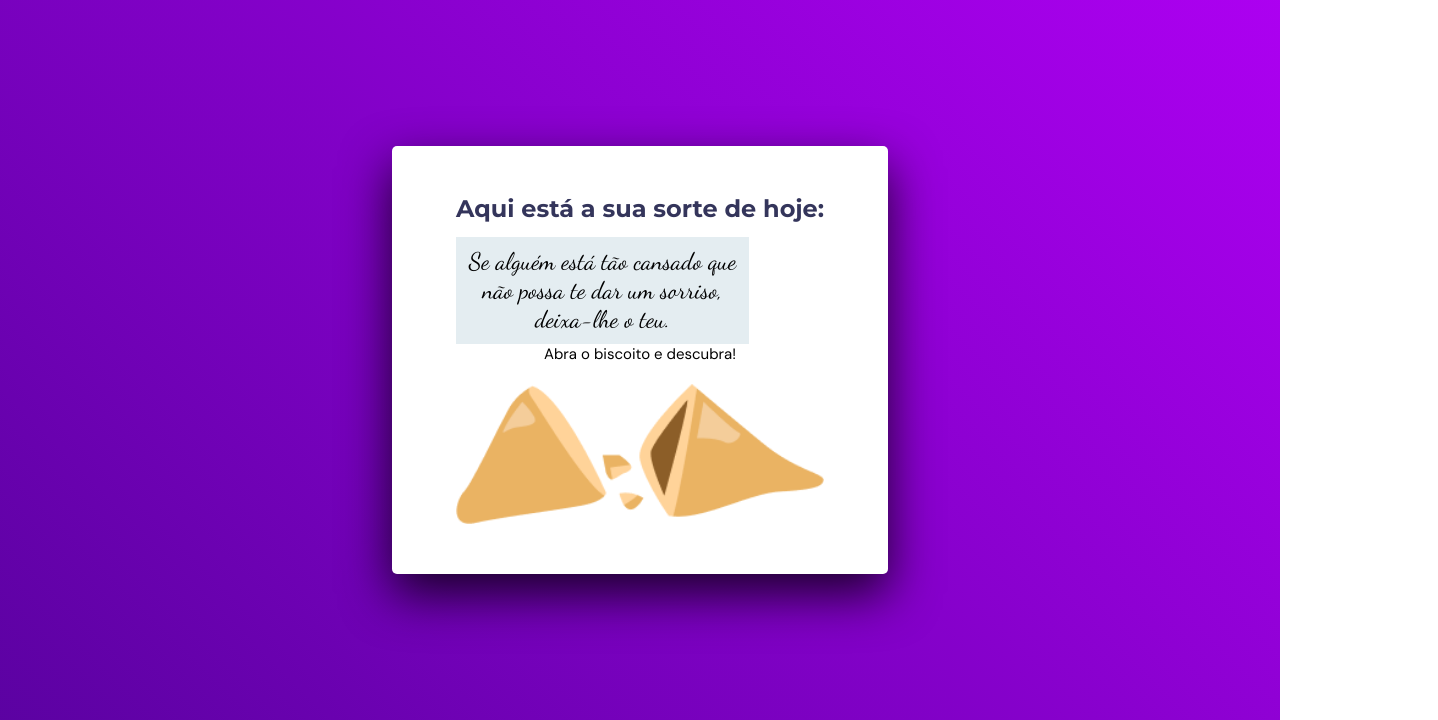
Repository: caueenrico/cookieCoach
Page: index.html
An editor plug-in stored every save of this project. The page is shown before and after a run of saves, followed by the edit.
The browser window is 1280 px wide. The page is 1280 px wide, then 1438 px, then 1280 px, so the pictures cover 1438 px, including what lies to the right of the window. The pictures show the whole page.

Above is the page before, as saved 2023-06-27 16:45:00.

### index.html
<!DOCTYPE html>
<html lang="en">
  <head>
    <meta charset="UTF-8" />
    <meta name="viewport" content="width=device-width, initial-scale=1.0" />
    <link rel="preconnect" href="https://fonts.googleapis.com" />
    <link rel="preconnect" href="https://fonts.gstatic.com" crossorigin />
    <link
      href="https://fonts.googleapis.com/css2?family=DM+Sans&family=Dancing+Script&family=Montserrat:wght@700&display=swap"
      rel="stylesheet"
    />
    <link rel="stylesheet" href="style.css" />
    <title>biscoito da sorte</title>
  </head>
  <body>
    <main>

      <div class="hide">
        <h1>
          Qual é a sua sorte <br />
          de hoje?
        </h1>
        <p>Abra o biscoito e descubra!</p>
        <img src="/biscoitoClose.png" alt="" />
      </div>

      <div>
        <h1>
          Aqui está a sua sorte de hoje:
        </h1>

        <span>
          Se alguém está tão cansado que não possa te dar um sorriso, deixa-lhe o teu.
        </span>
        <p>Abra o biscoito e descubra!</p>
        <img src="/opened-cookie.png" alt="" />
      </div>

    </main>
  </body>
  <script src="script.js"></script>
</html>

### style.css
* {
  margin: 0;
  padding: 0;
  box-sizing: border-box;
}

:root {
  font-size: 62.5%;

  --fs-heading: 2.4rem;
  --ff-heading: "Montserrat", sans-serif;

  --fs-subt: 1.5rem;
  --ff-subt: "DM Sans", sans-serif;
}

body {
  height: 100vh;
  width: 100vw;
  display: flex;
  flex-direction: column;
  justify-content: center;

  background: linear-gradient(45deg, #190361, #bb00ff);
  animation: gradient 10s ease infinite;
  background-size: 200% 200%;
}

@keyframes gradient {
  0% {
    background-position: 0% 50%;
  }
  50% {
    background-position: 100% 50%;
  }
  100% {
    background-position: 0% 50%;
  }
}

main {
  margin: 0 auto;

  display: flex;
  flex-direction: column;
  align-items: center;
  justify-content: center;

  padding: 4.8rem 6.4rem;
  background-color: #fff;

  text-align: center;

  border-radius: 5px;
  box-shadow: 0px 20px 50px 0px rgba(0, 0, 0, 0.8);
}

main h1 {
  font-family: var(--ff-heading);
  font-size: var(--fs-heading);
  font-weight: 700;

  color: #34355b;
  margin-bottom: 1.4rem;
}

main p {
  font-size: var(--fs-subt);
  font-family: var(--ff-subt);

  margin-bottom: 2rem;
}

main img {
  width: 100%;
  flex-shrink: 0;
}

main img:hover {
  animation: treme 0.1s infinite;
}

@keyframes treme {
  0% {
    margin-left: 0;
  }
  25% {
    margin-left: 5px;
  }
  50% {
    margin-left: 0;
  }
  75% {
    margin-left: -5px;
  }
  100% {
    margin-left: 0;
  }
}

.hide {
  display: none;
}

span {
  display: flex;
  padding: 10px;
  text-align: center;
  width: 29.3rem;
  background: #e4edf1;
  font-size: 24px;
  font-family: Dancing Script;
  color: #000;
}

### script.js
let img = document.querySelector('img');

img.addEventListener('click', () => {
    img.classList.toggle('active');
    console.log('clicked');
}
)

After the next 3 saves:
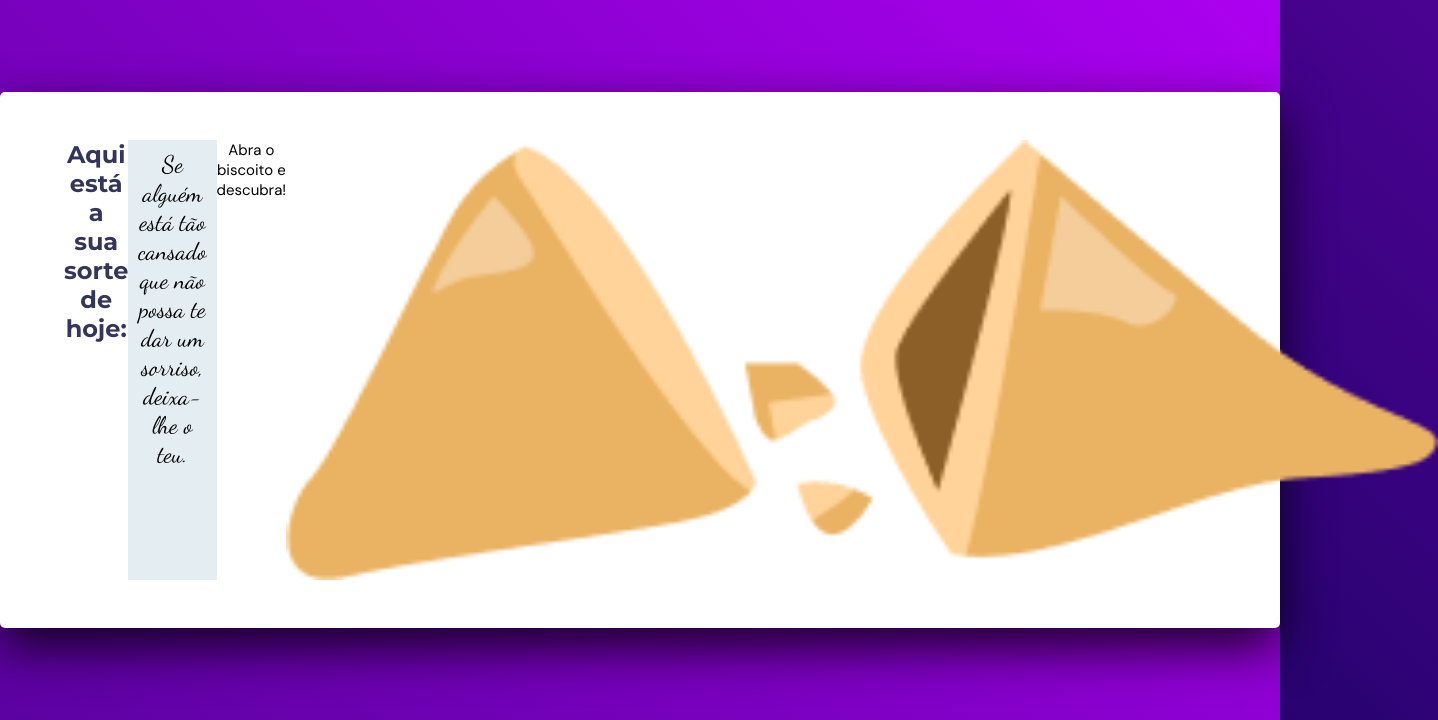
The 3 saves are shown as one change because they came seconds apart.
The last was saved 27 s later.
--- a/style.css
+++ b/style.css
@@ -112,3 +112,7 @@ span {
   font-family: Dancing Script;
   color: #000;
 }
+
+div{
+  display: flex;
+}

After the save that followed:
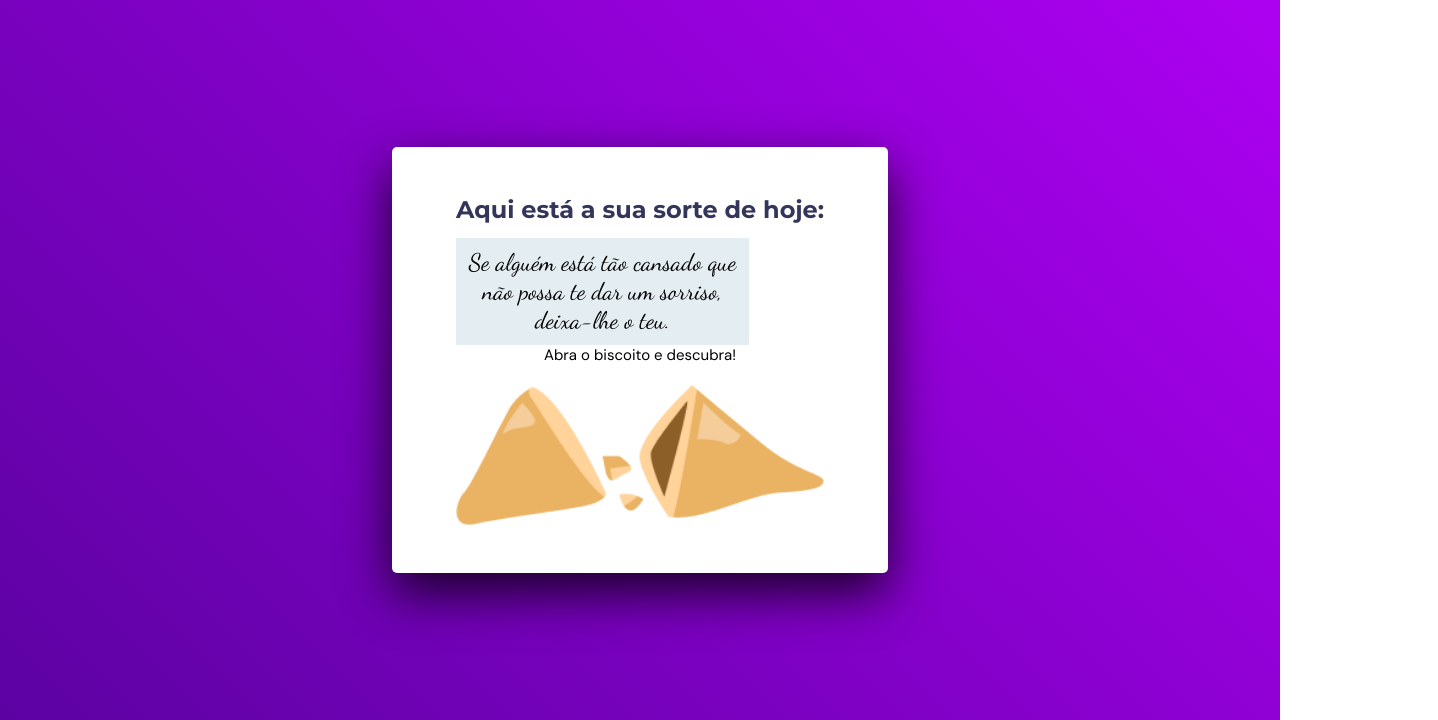
Saved 7 s later.
--- a/style.css
+++ b/style.css
@@ -115,4 +115,5 @@ span {
 
 div{
   display: flex;
+  flex-direction: column;
 }
